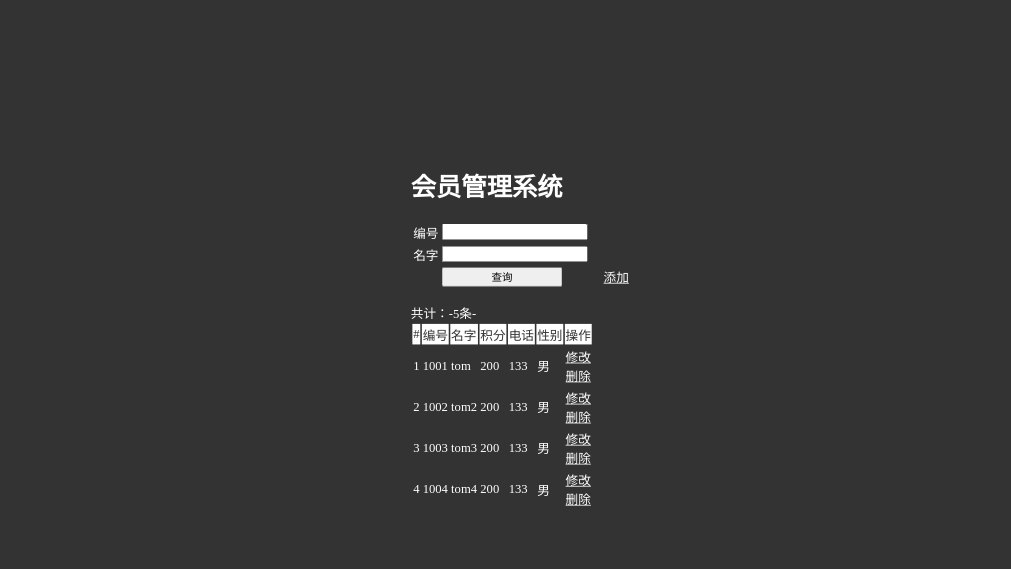
Repository: JasonYan2015/FE-learning-examples
Page: http://localhost/test20160727/home.jsp
The author's editor kept a copy of each file at every save. The page is drawn from the files as they stood at one save, then again after the next save.
The browser window is 1280 px wide. The pictures show the whole page, at 79% of full size.
The page is served by Tomcat 9.

Above is the page before, as saved 2016-07-28 01:26:56.

After the next save:
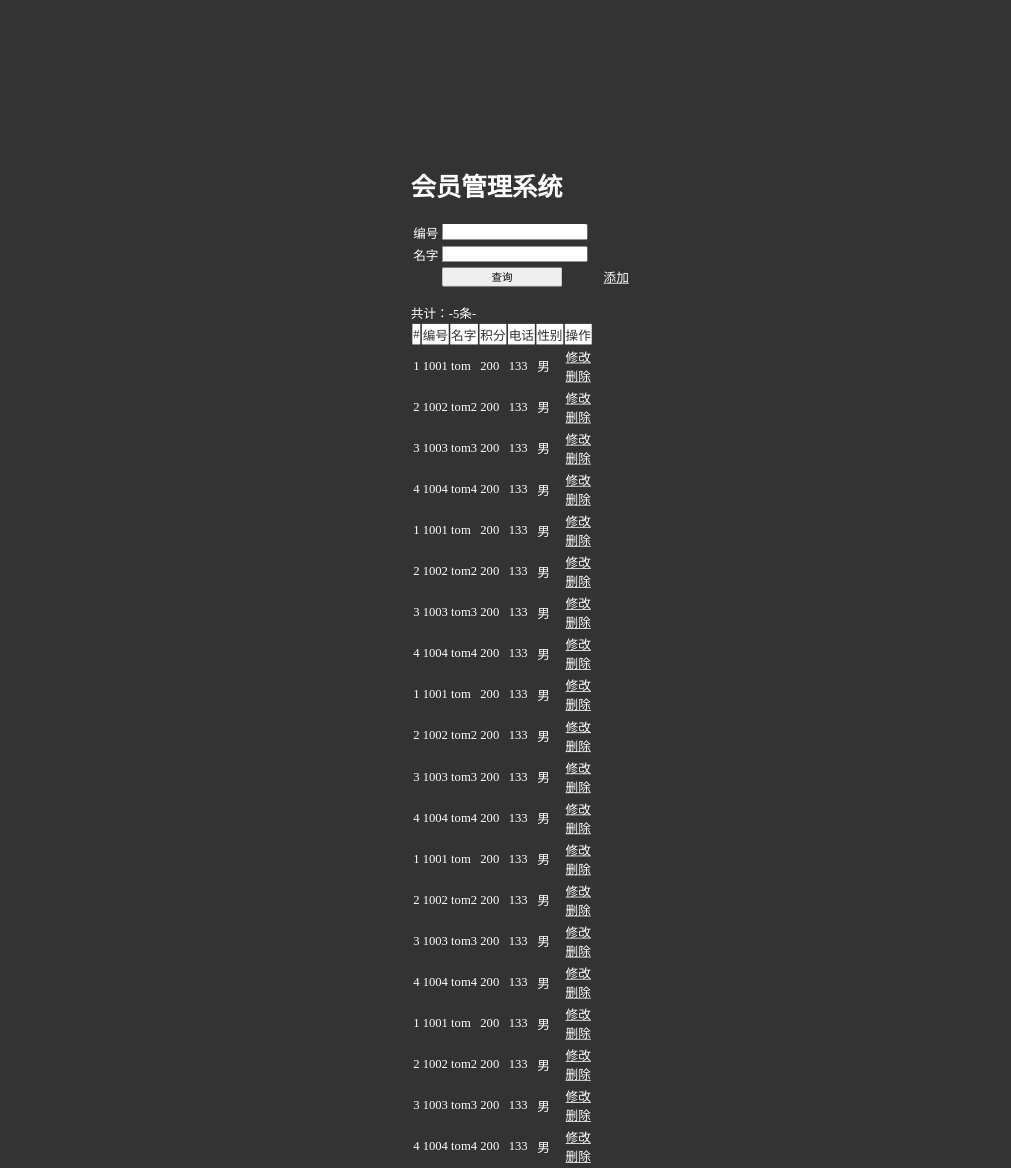
Saved 2 min 57 s later.
--- a/eclipse/test20160727/WebContent/home.jsp
+++ b/eclipse/test20160727/WebContent/home.jsp
@@ -54,6 +54,9 @@
 				<td>性别</td>
 				<td>操作</td>
 			</tr>
+<%
+	for(int i = 0;i < 5; i++){
+%>
 			<tr>
 				<td>1</td>
 				<td>1001</td>
@@ -66,7 +69,7 @@
 					<div id="deleteAdr"><a href="delete.jsp" style="color: white;">删除</a></div>
 				</td>
 			</tr>
-						<tr>
+			<tr>
 				<td>2</td>
 				<td>1002</td>
 				<td>tom2</td>
@@ -78,7 +81,7 @@
 					<div id="deleteAdr"><a href="delete.jsp" style="color: white;">删除</a></div>
 				</td>
 			</tr>
-						<tr>
+			<tr>
 				<td>3</td>
 				<td>1003</td>
 				<td>tom3</td>
@@ -90,7 +93,7 @@
 					<div id="deleteAdr"><a href="delete.jsp" style="color: white;">删除</a></div>
 				</td>
 			</tr>
-						<tr>
+			<tr>
 				<td>4</td>
 				<td>1004</td>
 				<td>tom4</td>
@@ -102,6 +105,9 @@
 					<div id="deleteAdr"><a href="delete.jsp" style="color: white;">删除</a></div>
 				</td>
 			</tr>
+<%
+	}
+%>
 		</table>
 
 
